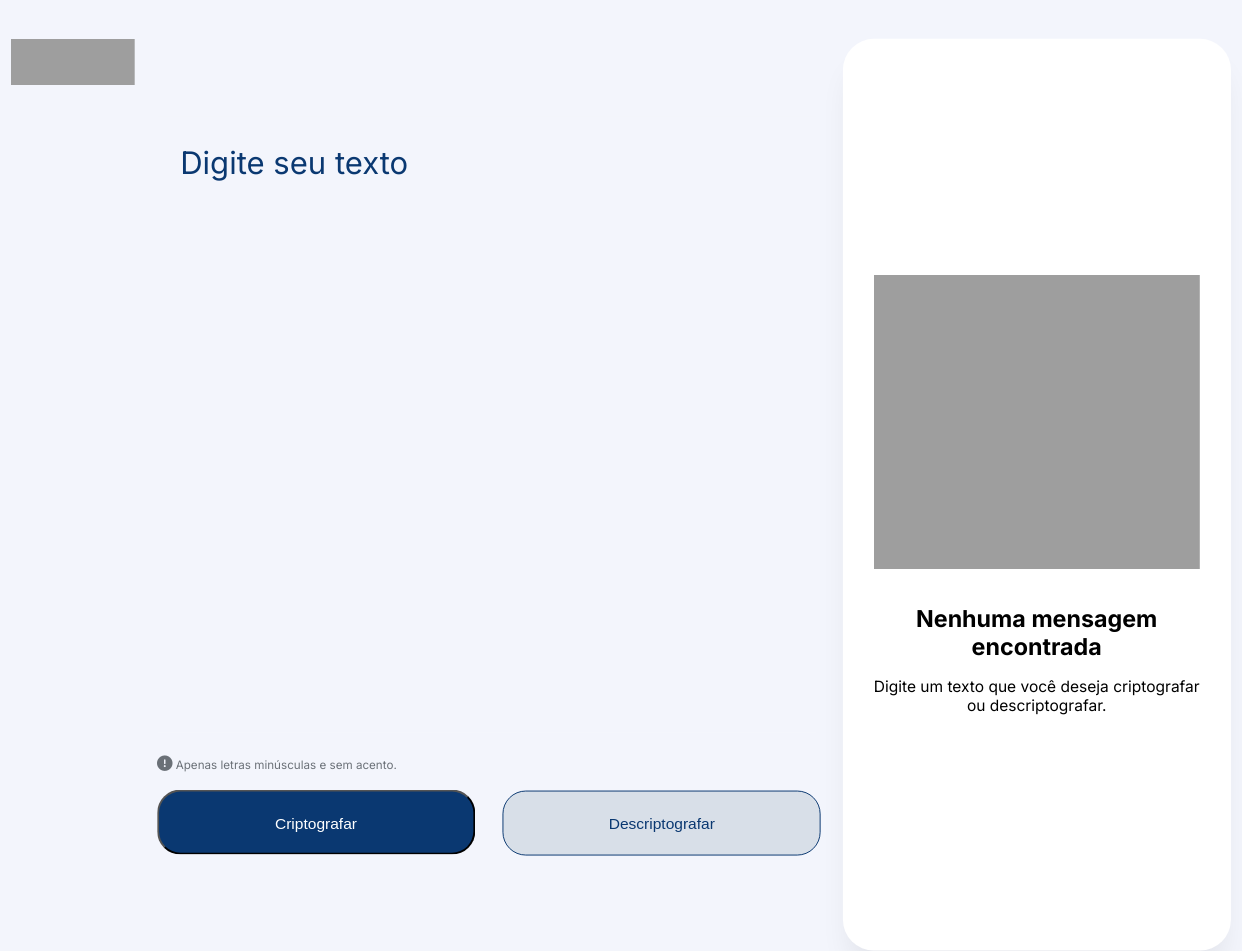
Repository: CarlosEduardoVdeOliveira/descodificador-de-texto
Page: index.html
The author's editor kept a copy of each file at every save. The page is drawn from the files as they stood at one save, then again after the next save.
The browser window is 1280 px wide. The pictures show the whole page, at 97% of full size.
Pictures or frames that could not be fetched are drawn as grey boxes.

Above is the page before, as saved 2023-04-12 08:42:38.

### index.html
<!DOCTYPE html>
<html lang="en">
<head>
   <meta charset="UTF-8">
   <link rel="preconnect" href="https://fonts.googleapis.com">
   <link rel="preconnect" href="https://fonts.gstatic.com" crossorigin>
   <meta http-equiv="X-UA-Compatible" content="IE=edge">
   <meta name="viewport" content="width=device-width, initial-scale=1.0">
   <link href="https://fonts.googleapis.com/css2?family=Inter:wght@400;700&display=swap" rel="stylesheet">
   <link rel="stylesheet" href="https://cdnjs.cloudflare.com/ajax/libs/font-awesome/6.4.0/css/all.min.css" integrity="sha512-iecdLmaskl7CVkqkXNQ/ZH/XLlvWZOJyj7Yy7tcenmpD1ypASozpmT/E0iPtmFIB46ZmdtAc9eNBvH0H/ZpiBw==" crossorigin="anonymous" referrerpolicy="no-referrer" />
   <link rel="stylesheet" href="/public/styles/reset.css">
   <link rel="stylesheet" href="/public/styles/index.css">
   <title>Decodificador</title>
</head>
<body>
   <header>
   </header>
   <main>
      <img src="/public/images/imageLogo.png"
         alt="letra a da logo da escola de programação Alura">
      <div class="frist-area">
         <textarea placeholder="Digite seu texto" autofocus></textarea>
         <span>
            <i class="fa-solid fa-circle-exclamation"></i>
            Apenas letras minúsculas e sem acento.
         </span>
         <div>
            <button class="button-cryptography">Criptografar</button>
            <button class="button-decryption">Descriptografar</button>
         </div>
      </div>
      <div class="highlight">
         <img src="/public/images/imageHighLight.svg" alt="">
         <div>
            <h2>Nenhuma mensagem encontrada</h2>
            <p>
               Digite um texto que você deseja criptografar ou descriptografar.
            </p>
         </div>
      </div>
   </main>
</body>
</html>

### public/styles/reset.css
*{
   margin: 0;
   padding: 0;
   box-sizing: border-box;

}
:root{
   --light-gray: #D8DFE8;
   --gray-100: #CED4DA;
   --gray-200: #ADB5BD;
   --gray-300: #868E96;
   --gray-400: #495057;
   --gray-500: #343A40;
   --light-blue-100: #F3F5FC;
   --light-blue-200: #EFF1FA;
   --light-blue-300: #E9ECF8;
   --light-blue-400: #AAB2D5;
   --light-blue-500: #757FB2;
   --dark-blue-100: #609ED4;
   --dark-blue-200: #356EA9;
   --dark-blue-300: #0A3871;
   --dark-blue-400: #072B61;
   --dark-blue-500: #052051;
}
html{
   font-family:  'Inter', sans-serif;
   font-size: 1rem;
}

### public/styles/index.css
header{
   width: 100%;
   height: 2.5rem;
}
body{
   background-color: var(--light-blue-100);
}
img{
   width: 8rem;
   height: 3rem;
}
main {
   display: flex;
   justify-content: space-around;
   align-items: self-start;
   margin: 0 auto;
}
.frist-area{
   display: flex;
   flex-direction: column;
   position: relative;
   top: 80px;
}
textarea{
   width: 42.5rem;
   height: 39.68rem;
   font-family: 'Inter';
   font-size: 32px;
   line-height: 150%;
   background-color: var(--light-blue-100);
   color: var(--dark-blue-300);
   border: none;
   resize: none;
   margin-bottom: 1.5rem;
   padding: 1.5rem;
}
textarea:focus{
   outline: 0;
}

textarea::placeholder{
   color: var(--dark-blue-300);
}

i{
   color: var(--gray-400);
   font-size: 1rem;
}
span{
   font-size: 12px;
   color: var(--gray-400);
   line-height: 150%;
   opacity: 0.8;
   margin-bottom: 1rem;
}
button{
   padding: 1.5rem;
   gap: .5rem;
   width: 328px;
   height: 67px;
   border-radius: 1.5rem;
   cursor: pointer;
   font-size: 1rem;
   line-height: 19px;
   transition: all .2s;
}
.button-cryptography{
   background-color: var(--dark-blue-300);
   color: #FFFFFF;
   margin-right: 1.5rem;
}
.button-cryptography:hover{
   background-color: var(--dark-blue-400);
}
.button-decryption{
   background: var(--light-gray);
   color: var(--dark-blue-300);
   border: 1px solid var(--dark-blue-300);
}
.button-decryption:hover{
   background-color: var(--light-blue-200);
}
.highlight{
   width: 25rem;
   padding: 15.188rem 2rem;
   text-align: center;
   background: #FFFFFF;
   /* shadow */
   box-shadow: 0px 24px 32px -8px rgba(0, 0, 0, 0.08);
   border-radius: 32px;
   /* border: 2px solid black; */
}
.highlight div{
   display: flex;
   flex-direction: column;

   margin-top: 2rem;
   padding: 0px;
   gap: 16px;
}
.highlight img{
   width: 21rem;
   height: 19rem;
}

After the next save:
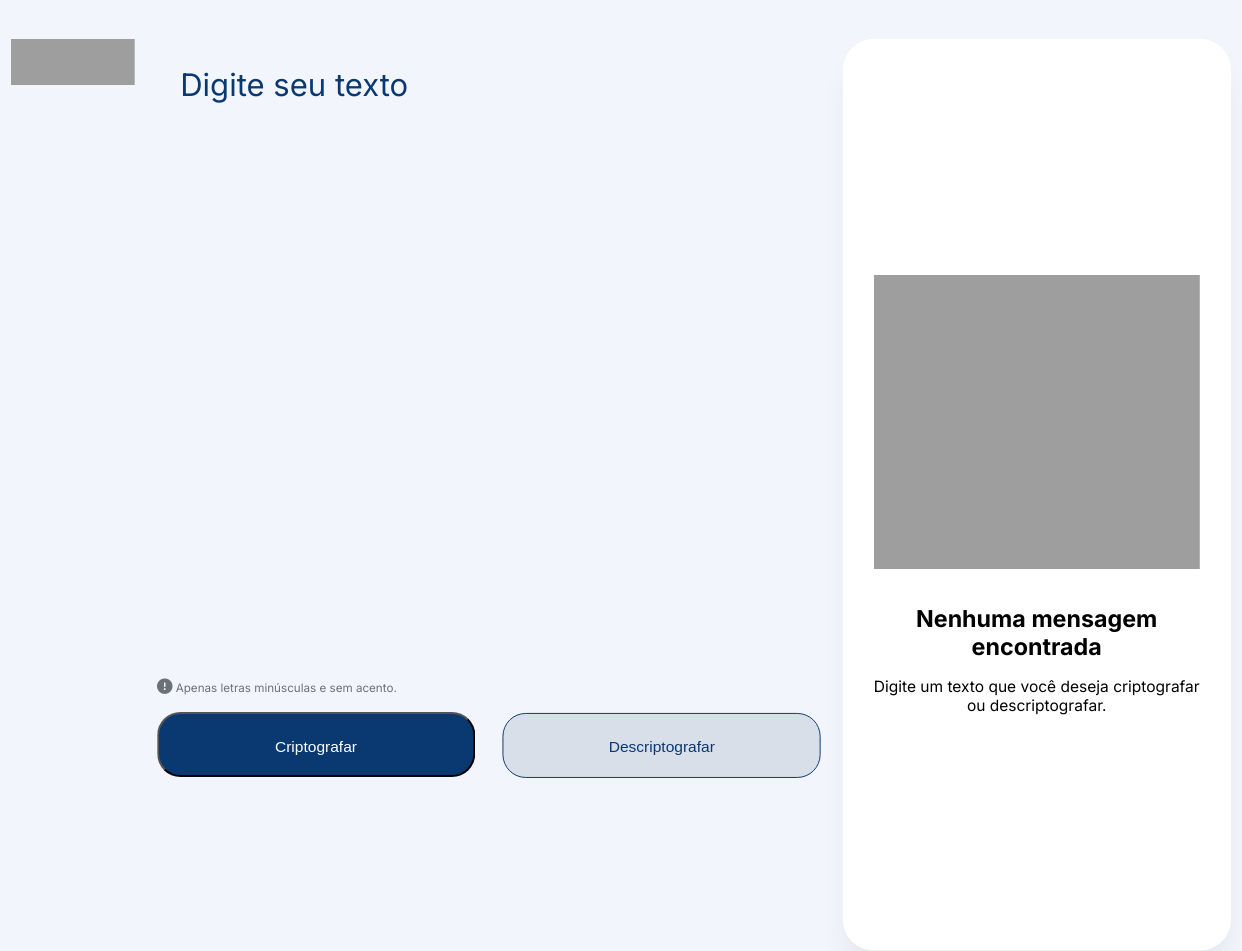
Saved 36 s later.
--- a/public/styles/index.css
+++ b/public/styles/index.css
@@ -18,8 +18,7 @@
 .frist-area{
    display: flex;
    flex-direction: column;
-   position: relative;
-   top: 80px;
+
 }
 textarea{
    width: 42.5rem;

After the save that followed:
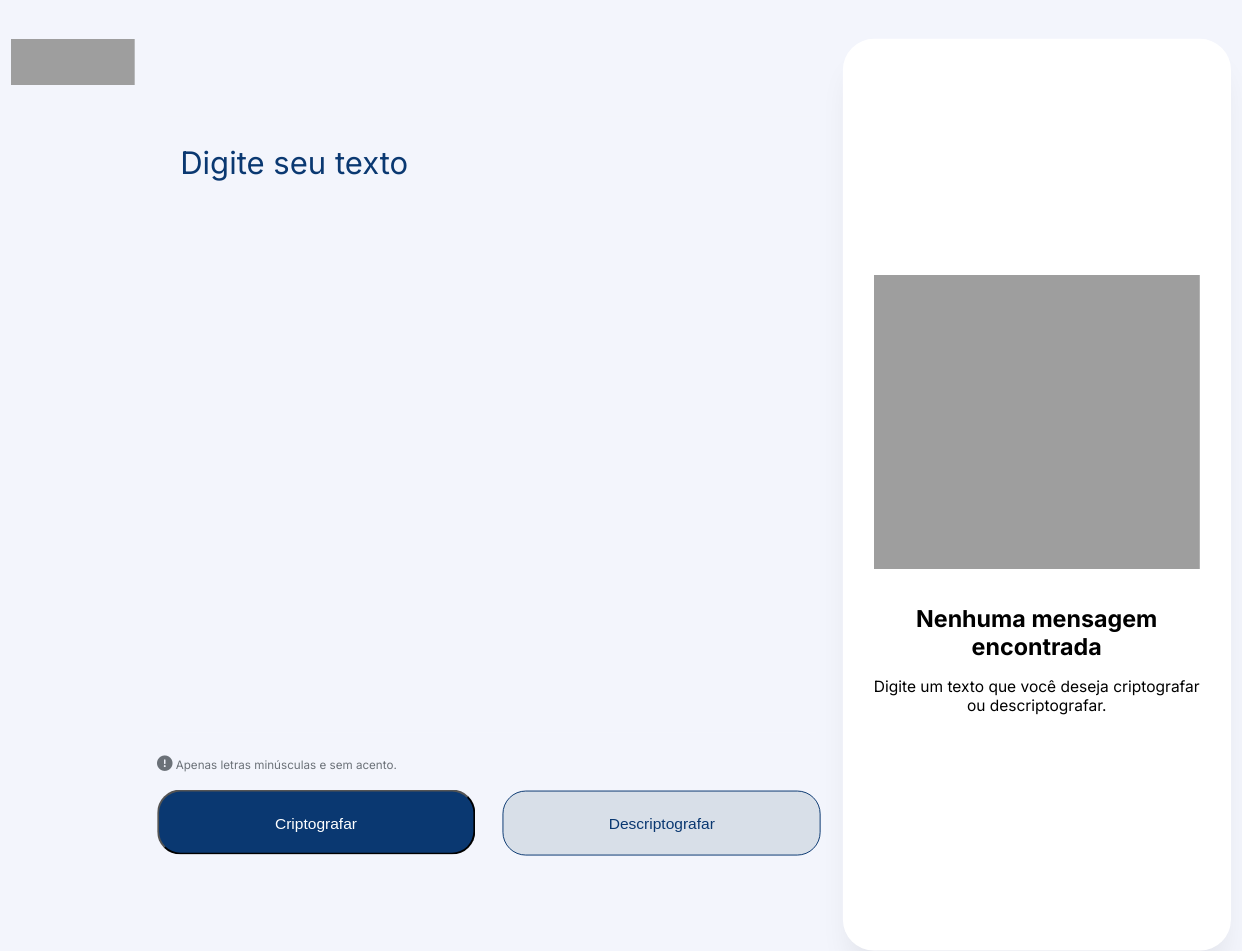
Saved 37 s later.
--- a/public/styles/index.css
+++ b/public/styles/index.css
@@ -18,7 +18,9 @@
 .frist-area{
    display: flex;
    flex-direction: column;
-
+   margin-top: 5rem;
+   /* position: relative;
+   top: 80px; */
 }
 textarea{
    width: 42.5rem;
